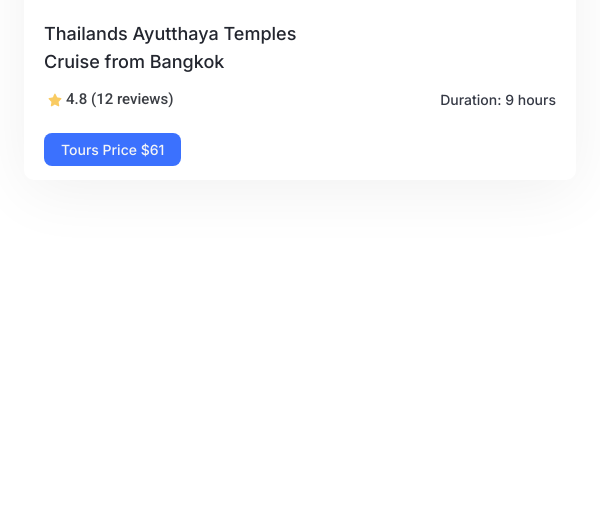
Repository: man0405/practice-web
Page: index.html
An editor plug-in stored every save of this project. The page is shown before and after the next save, followed by the edit.
The browser window is 600 px wide. The pictures show the part of the page from y = 319 to 850 px (the page is 850 px tall).
Some web fonts or font styles are not loaded; a fallback is used.

Above is the page before, as saved 2023-03-30 16:40:05.

After the next save:
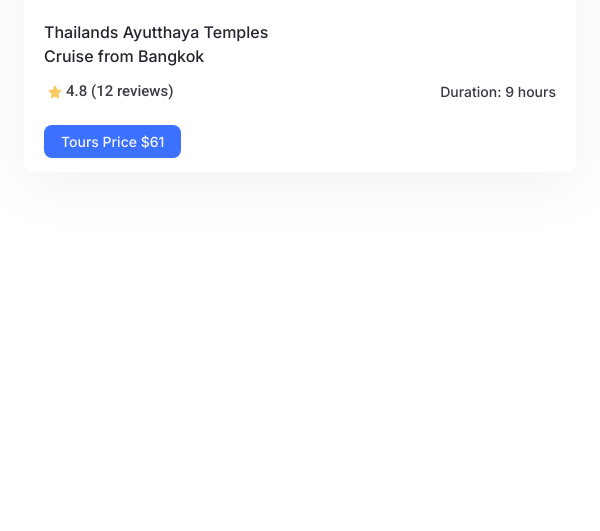
Saved 36 s later.
--- a/main.css
+++ b/main.css
@@ -177,6 +177,11 @@ body {
     font-size: 12px;
     line-height: 20px;
   }
+  .tour-title {
+    font-weight: 500;
+    font-size: 16px;
+    line-height: 24px;
+  }
 }
 
 @media screen and (min-width: 768px) and (max-width: 1023.98px) {
